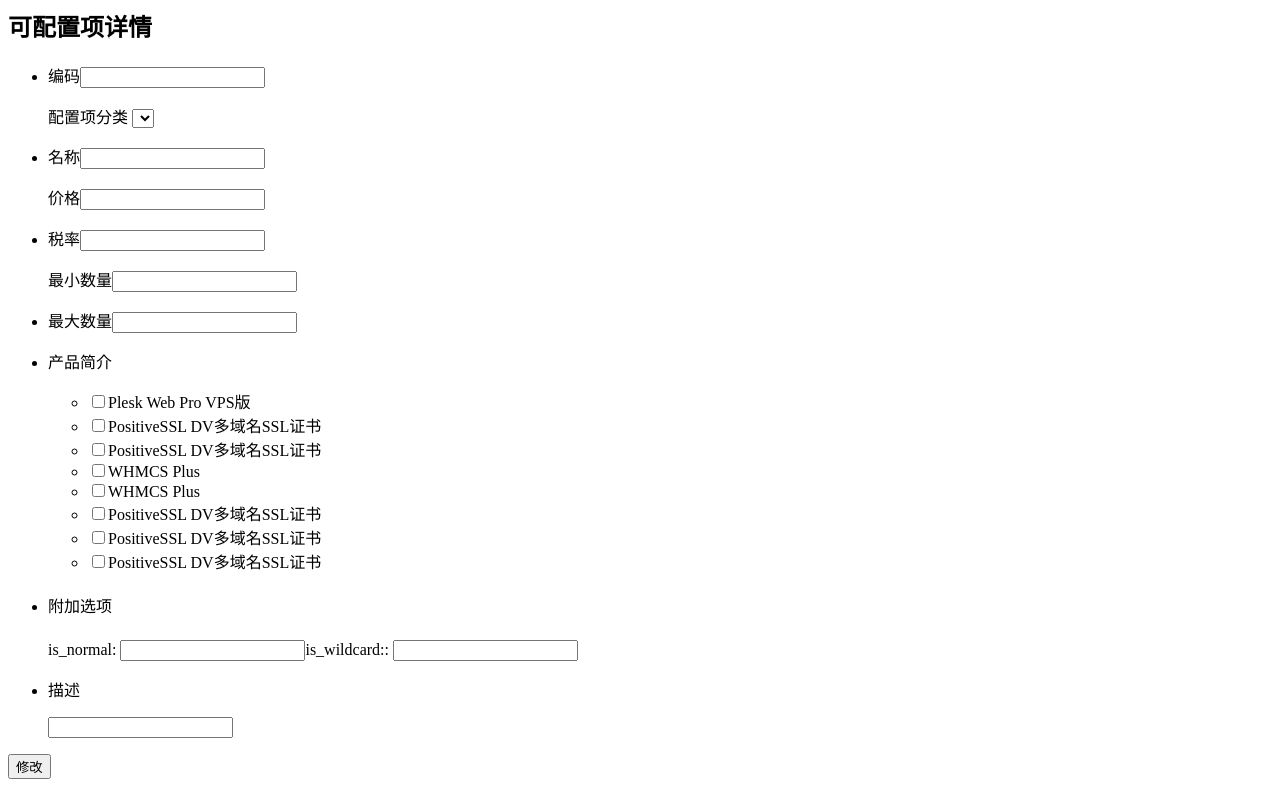
Repository: wangyan466393/racentSystem
Page: configurableDetail.html
An editor plug-in stored every save of this project. The page is shown before and after the next save, followed by the edit.
The browser window is 1280 px wide. The pictures show the whole page.

Above is the page before, as saved 2020-08-12 16:37:38.

### configurableDetail.html
<div id="content_box">
    <h2>可配置项详情</h2>
<div class="config_box">
    <div class="config_content">
        <ul>
            <li>

                <p>
                    <span>编码</span><input type="text" class="config_inp">
                </p>
                <p>
                    <span>配置项分类</span>
                    <select name="" id="" class="config_inp">
                        <option value=""></option>
                    </select>
                </p>
            </li>
            <li>

                <p>
                    <span>名称</span><input type="text" class="config_inp">
                </p>
                <p>
                    <span>价格</span><input type="number" class="config_inp">
                </p>
            </li>
            <li>

                <p>
                    <span>税率</span><input type="number" class="config_inp">
                </p>
                <p>
                    <span>最小数量</span><input type="number" class="config_inp">
                </p>
            </li>
            <li>

                <p>
                    <span>最大数量</span><input type="number" class="config_inp">
                </p>
            </li>
            <li>
               <p> <span>产品简介</span></p>
               <div class="intro_box">


                <ul class="intro">
                    <li>
                        <input type="checkbox"><label for="">Plesk Web Pro VPS版</label>
                    </li>
                    <li>
                        <input type="checkbox"><label for="">PositiveSSL DV多域名SSL证书</label>
                    </li>
                    <li>
                        <input type="checkbox"><label for="">PositiveSSL DV多域名SSL证书</label>
                    </li>
                    <li>
                        <input type="checkbox"><label for="">WHMCS Plus</label>
                    </li>
                    <li>
                        <input type="checkbox"><label for="">WHMCS Plus</label>
                    </li>
                    <li>
                        <input type="checkbox"><label for="">PositiveSSL DV多域名SSL证书</label>
                    </li>
                    <li>
                        <input type="checkbox"><label for="">PositiveSSL DV多域名SSL证书</label>
                    </li>
                    <li>
                        <input type="checkbox"><label for="">PositiveSSL DV多域名SSL证书</label>
                    </li>
                </ul>
            </div>
            </li>
            <li>
                <p><span style="line-height: 35px;">附加选项</span></p>
                <div style="width: 100%;display: flex;">
                    <div class="input_group">
                        <span class="input-group-addon">is_normal:</span>
                        <input type="text" class="form-control">
                    </div>

                        <div class="input_group">
                            <span class="input-group-addon">is_wildcard::</span>
                            <input type="text" class="form-control">
                        </div>
                </div>

            </li>
            <li>
               <p> <span>描述</span></p>
               <input type="text" class="e_content description">
                <!-- <div class="e_content description">

                </div> -->
            </li>

        </ul>
    </div>
</div>
</div>
<div class="email_back_btn">
    <button type="button">修改</button>
</div>

<script src="js/jquery-1.11.3.js"></script>
<script>
    getProductListsData();
    function getProductListsData() {
        var tableInfo = ""
        for (var i = 0; i < 15; i++) {    //遍历Table的所有Row
            tableInfo += `
            <li>
                <input type="checkbox"><label for="">PositiveSSL DV多域名SSL证书</label>
            </li>
            `
        }
        $(".right_content .intro").append(tableInfo)
    }
</script>

Loaded but not shown: js/jquery-1.11.3.js (library)

After the next save:
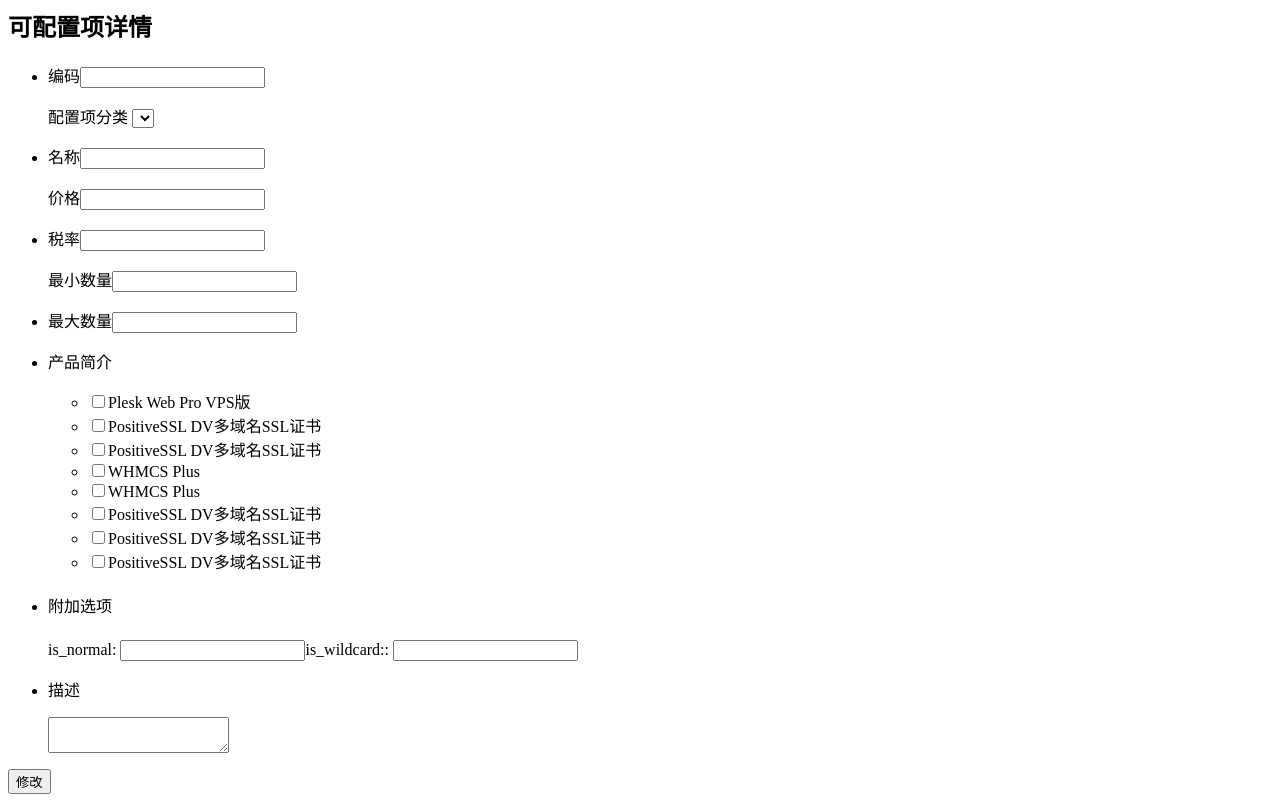
Saved 56 s later.
--- a/configurableDetail.html
+++ b/configurableDetail.html
@@ -89,7 +89,8 @@
             </li>
             <li>
                <p> <span>描述</span></p>
-               <input type="text" class="e_content description">
+               <!-- <input type="text" class="e_content description"> -->
+               <textarea class="e_content description"></textarea>
                 <!-- <div class="e_content description">
 
                 </div> -->
